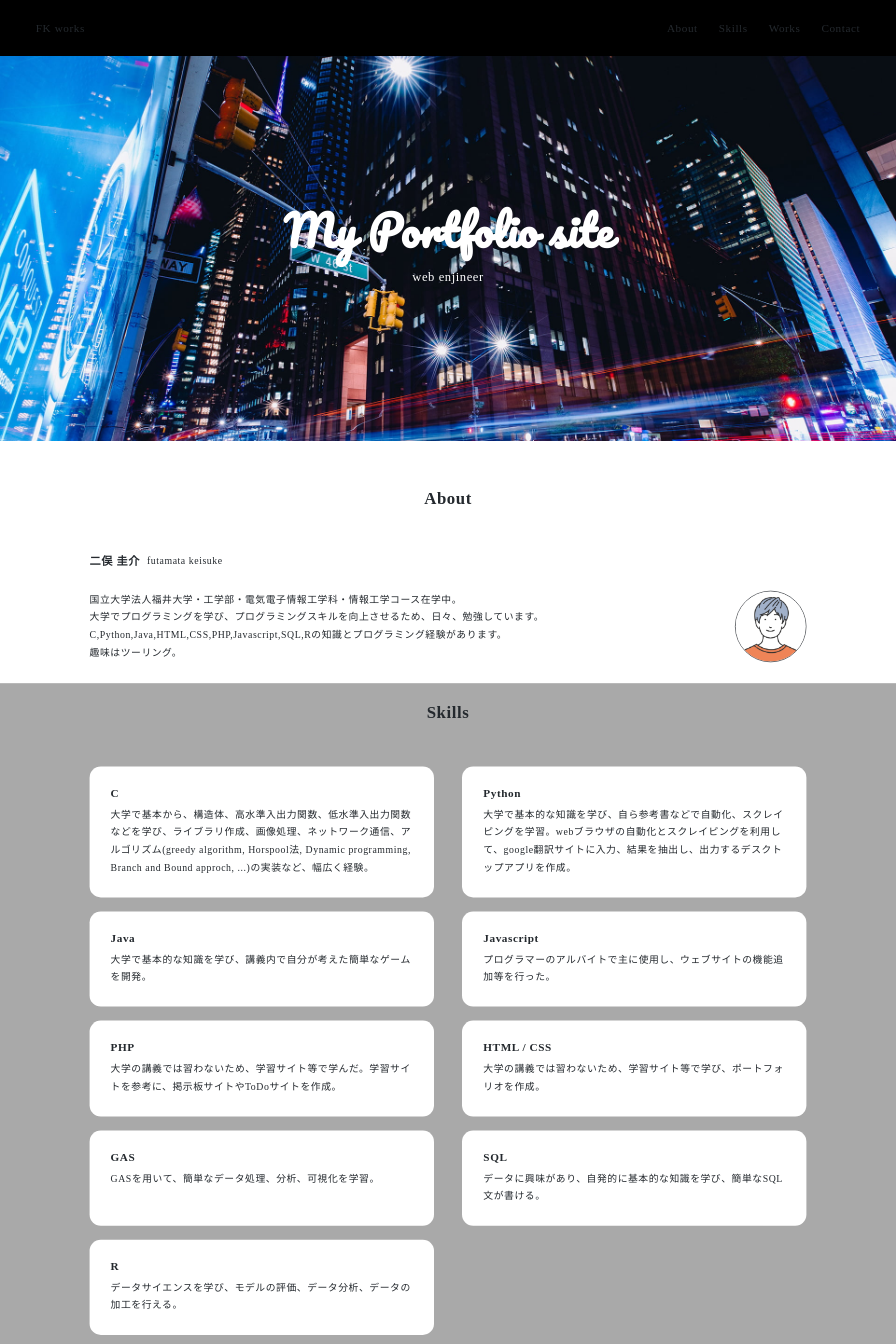
Repository: F-ksk/portfolio
Page: index.html
The author's editor kept a copy of each file at every save. The page is drawn from the files as they stood at one save, then again after the next save.
The browser window is 1280 px wide. The pictures show the part of the page from y = 0 to 1920 px (the page is 3495 px tall), at 70% of full size.

Above is the page before, as saved 2023-11-12 23:43:36.

### index.html
<!DOCTYPE html>
<html>
    <head>
        <meta charset="UTF-8" />
        <meta http-equiv="X-UA-Compatible" content="IE=edge" />
        <meta name="viewport" content="width=device-width, initial-scale=1.0" />
        <meta name="robots" content="noindex" />
        <title>FK Portfolio</title>
        <link rel="stylesheet" href="css/reset.css" />
        <link rel="stylesheet" href="css/style.css" />
    </head>
    <body>

        <header>
            <a href="index.html">FK works</a>
            <nav>
                <ul>
                    <li><a href="#about">About</a></li>
                    <li><a href="#skills">Skills</a></li>
                    <li><a href="#works">Works</a></li>
                    <li><a href="#contact">Contact</a></li>
                </ul>
            </nav>
        </header>

        <div class="main-visual">
            <div>
                <h1>My Portfolio site</h1>
                <p>web enjineer</p>
            </div>
        </div>

        <section id="about">
            <h2>About</h2>
            <div id="about-name">
                <h3>二俣 圭介</h3>
                <p>futamata keisuke</p>
            </div>
            <div id="about-detail">
                <p>
                    国立大学法人福井大学・工学部・電気電子情報工学科・情報工学コース在学中。<br>
                    大学でプログラミングを学び、プログラミングスキルを向上させるため、日々、勉強しています。
                    C,Python,Java,HTML,CSS,PHP,Javascript,SQL,Rの知識とプログラミング経験があります。<br>
                    趣味はツーリング。
                </p>
                <img src="./img/man.jpg">
            </div>
        </section>
        <section id="skills">
            <h2>Skills</h2>
            <div class="skill-list">
                <div class="skill-item">
                    <h3>C</h3>
                    <p>大学で基本から、構造体、高水準入出力関数、低水準入出力関数などを学び、ライブラリ作成、画像処理、ネットワーク通信、アルゴリズム(greedy algorithm, Horspool法, Dynamic programming, Branch and Bound approch, ...)の実装など、幅広く経験。</p>
                </div>
                <div class="skill-item">
                    <h3>Python</h3>
                    <p>大学で基本的な知識を学び、自ら参考書などで自動化、スクレイピングを学習。webブラウザの自動化とスクレイピングを利用して、google翻訳サイトに入力、結果を抽出し、出力するデスクトップアプリを作成。</p>
                </div>
                <div class="skill-item">
                    <h3>Java</h3>
                    <p>大学で基本的な知識を学び、講義内で自分が考えた簡単なゲームを開発。</p>
                </div>
                <div class="skill-item">
                    <h3>Javascript</h3>
                    <p>プログラマーのアルバイトで主に使用し、ウェブサイトの機能追加等を行った。</p>
                </div>
                <div class="skill-item">
                    <h3>PHP</h3>
                    <p>大学の講義では習わないため、学習サイト等で学んだ。学習サイトを参考に、掲示板サイトやToDoサイトを作成。</p>
                </div>
                <div class="skill-item">
                    <h3>HTML / CSS</h3>
                    <p>大学の講義では習わないため、学習サイト等で学び、ポートフォリオを作成。</p>
                </div>
                <div class="skill-item">
                    <h3>GAS</h3>
                    <p>GASを用いて、簡単なデータ処理、分析、可視化を学習。</p>
                </div>
                <div class="skill-item">
                    <h3>SQL</h3>
                    <p>データに興味があり、自発的に基本的な知識を学び、簡単なSQL文が書ける。</p>
                </div>
                <div class="skill-item">
                    <h3>R</h3>
                    <p>データサイエンスを学び、モデルの評価、データ分析、データの加工を行える。</p>
                </div>
            </div>
        </section>
        <section id="works">
            <h2>Works</h2>
            <div class="work-item">
                <div class="work-description">
                    <h3>翻訳アプリ</h3>
                    <img src="./img/portfolio.jpg">
                    <p>デスクトップで翻訳するアプリ。</p>
                    <p>自動化、スクレイピング等を使い作成</p>
                </div>

                <div class="work-description">
                    <h3>ポートフォリオサイト</h3>
                    <img src="./img/portfolio(2).png">
                    <p>現在表示しているサイト。</p>
                </div>

                <div class="work-description">
                    <h3>ホッケーゲーム</h3>
                    <img src="./img/hokey.png">
                    <p>ホッケーのゲーム。Javaで作成</p>
                </div>

                <div class="work-description">
                    <h3>掲示板サイト</h3>
                    <img src="./img/掲示板.png">
                    <p>HTML,CSS,PHPを使い、</p>
                    <p>データベースなども学びながら作成</p>
                </div>

                <div class="work-description">
                    <h3>ToDoサイト</h3>
                    <img src="./img/todo.png">
                    <p>フレームワークにLaravelを使い、</p>
                    <p>マイグレーションファイル、UI等作成</p>
                </div>

            </div>
        </section>
        <section id="contact">
            <h2>Contact</h2>
            <div class="contact-form">
                <!--<iframe src="https://docs.google.com/forms/d/e/1FAIpQLSfhIRxsClYk-LjjOeqSs9rPikyz6iXAlGFSL5PuYS38eefG3A/viewform?embedded=true" width="640" height="682" frameborder="0" marginheight="0" marginwidth="0">読み込んでいます…</iframe> -->

                <form action="https://docs.google.com/forms/u/0/d/e/1FAIpQLSfhIRxsClYk-LjjOeqSs9rPikyz6iXAlGFSL5PuYS38eefG3A/formResponse" target="_self" method="POST" id="mG61Hd">
                    <dl>
                        <dt>お名前</dt>
                        <dd><input name="entry.{1209985459}" type="text" required="required" id="textfield" class="g_form"></dd>
                        <dt>メールアドレス</dt>
                        <dd><input name="entry.{1499214278}" type="text" class="g_form" id="textfield2"></dd>
                        <dt>問い合わせ内容</dt>
                        <dd><textarea name="entry.{1422841443}" required class="g_form_text" id="entry.{1422841443}"></textarea></dd>
                      </dl>
                      <div class="button"><input type="submit" class="btbt"></div>
                </form>

            </div>
        </section>
        <footer>
            <p>&copy; futamata keisuke</p>
        </footer>
    </body>
</html>

### css/style.css
@charset "UTF-8";
@import url('https://fonts.googleapis.com/css2?family=Roboto:wght@100;300;400;500;700;900&display=swap');
@import url('https://fonts.googleapis.com/css2?family=Noto+Sans+JP:wght@300;400;500;700;900&display=swap');
@import url('https://fonts.googleapis.com/css2?family=Pacifico&display=swap');

html {
  font-size: 100%;
}

body {
    color: #24292e;
    letter-spacing: 0.05em;
}

a,a:visited {
    color: #24292e;
    text-decoration: none;
}

img {
    max-width: 100%;
}

li {
    list-style: none;
}

p {
    line-height: 1.8;
    font-size: 14px;
}

h1 {
    font-size: 60px;
    font-family: 'Pacifico';
}

h2 {
    font-size: 1.5rem;
    text-align: center;
    margin-bottom: 65px;
}

h3 {
    font-size: 16px;
}

header {
    max-width: 100%;
    background-color: black;
    display: flex;
    justify-content: space-between;
    height: 80px;
    padding: 0 4%;
    align-items: center;
    position: sticky;
    top: 0;
}

header ul {
    display: flex;
}

header li {
    margin-left: 30px;
}

.main-visual {
    width: 100%;
    height: 550px;
    background-image: url(../img/town.jpg);
    background-size: cover;
    color: #FFF;
    text-align: center;
    display: flex;
    justify-content: center;
    align-items: center;
}

.main-visual p {
    margin-top: 20px;
    font-size: 18px;
}

#about-name{
    display: flex;
    justify-content: flex-start;
    align-items: center;
}

#about h2 {
    margin-top: 40px;
}

#about h3 {
    margin-right: 10px;
}

#about p {
    width: 80%;
}

#about-detail {
    margin-top: 30px;
    display: flex;
    justify-content: space-between;
}

#about img {
    width: 100px;
    height: 100px;
    border-radius: 50%;
    object-fit: cover;
    border-style: solid;
    border-width: 1px;
}

section {
    padding: 30px 10%;
}

#skills {
    background-color: darkgray;
}

#skills h3 {
    margin-bottom: 10px;
}

.skill-list {
    display: flex;
    justify-content: space-between;
    flex-wrap: wrap;
}

.skill-item {
    width: 48%;
    background-color: #fff;
    border-radius: 16px;
    margin-bottom: 20px;
    padding: 30px;
    box-sizing: border-box;
}

.work-item {
    display: flex;
    justify-content: space-between;
    flex-wrap: wrap;
}

#works img {
    width: 45%;
    height: 110px;
}

.work-description {
    padding: 20px;
    background-color:antiquewhite;
    border-radius: 16px;
    margin-bottom: 20px;
    width: 45%;
    text-align: center;
}

.work-description p {
    margin-top: 10px;
}

.work-description h3 {
    margin-top: 10px;
    margin-bottom: 10px;
}

#contact {
    background-color: black;
    text-align: center;
}

#contact form {
    width: 70%;
    margin: 0 auto;
}

#contact dl {
    display: flex;
    flex-wrap: wrap;
    margin-bottom: 20px;
}

#contact dt {
    width: 15%;
    font-size: 13px;
}

#contact dd {
    width: 85%;
    margin-bottom: 10px;
}

#contact dd input,
#contact dd textarea {
    width: 100%;
    border: solid 1px #999999;
    padding: 10px;
    background-color: #fff;
    border-radius: 8px;
}

#contact dd textarea {
    height: 10rem;
}

#contact .button {
    text-align: center;
}

#contact .button input {
    width: 200px;
    background-color: #24292e;
    color: #fff;
    padding: 15px 0;
    border: solid 1px #24292e;
}

#contact .button input:hover {
    background: #fff;
    color: #24292e;
}

footer {
    background-color: #24292e;
    color: #fff;
    font-size:  0.5rem;
    padding: 10px 20px;
    text-align: center;
}

@media screen and (max-width: 414px) {
	h2 {
        margin-bottom: 30px;
    }

    header {
        max-width: 100%;
        flex-direction: column;
        height: auto;
        padding: auto;
    }

    #about {
        text-align:  center;
    }

    #about h3 {
        margin: 0;
    }

    #about-name {
        flex-direction: column;
        align-items: center;
    }

    #about-detail {
        flex-direction: flex;
        flex-direction: column-reverse;
        align-items: center;
    }

    #about-detail p {
        text-align: left;
        margin-top: 30px;
        width: 100%;
    }

    .skill-item {
        width: 100%;
    }

    .work-item {

        width: 90%;
        flex-direction: column;
    }

    #works img {
        width: 100%;
        height: 120px;
        margin-bottom: 10px;
    }

    .work-description {
        margin-bottom: 30px;
        width: 100%;
    }

    #contact form {
        text-align: center;
    }

    #contact input {
        width: 100%;
    }

    #contact dl{
        flex-direction: column;
        width: 100%;
    }

    #contact dt{
        width: auto;
        margin-bottom: 5px;
    }

    #contact dd{
        width: 90%;
    }
}

Loaded but not shown: css/reset.css (common file)

After the next save:
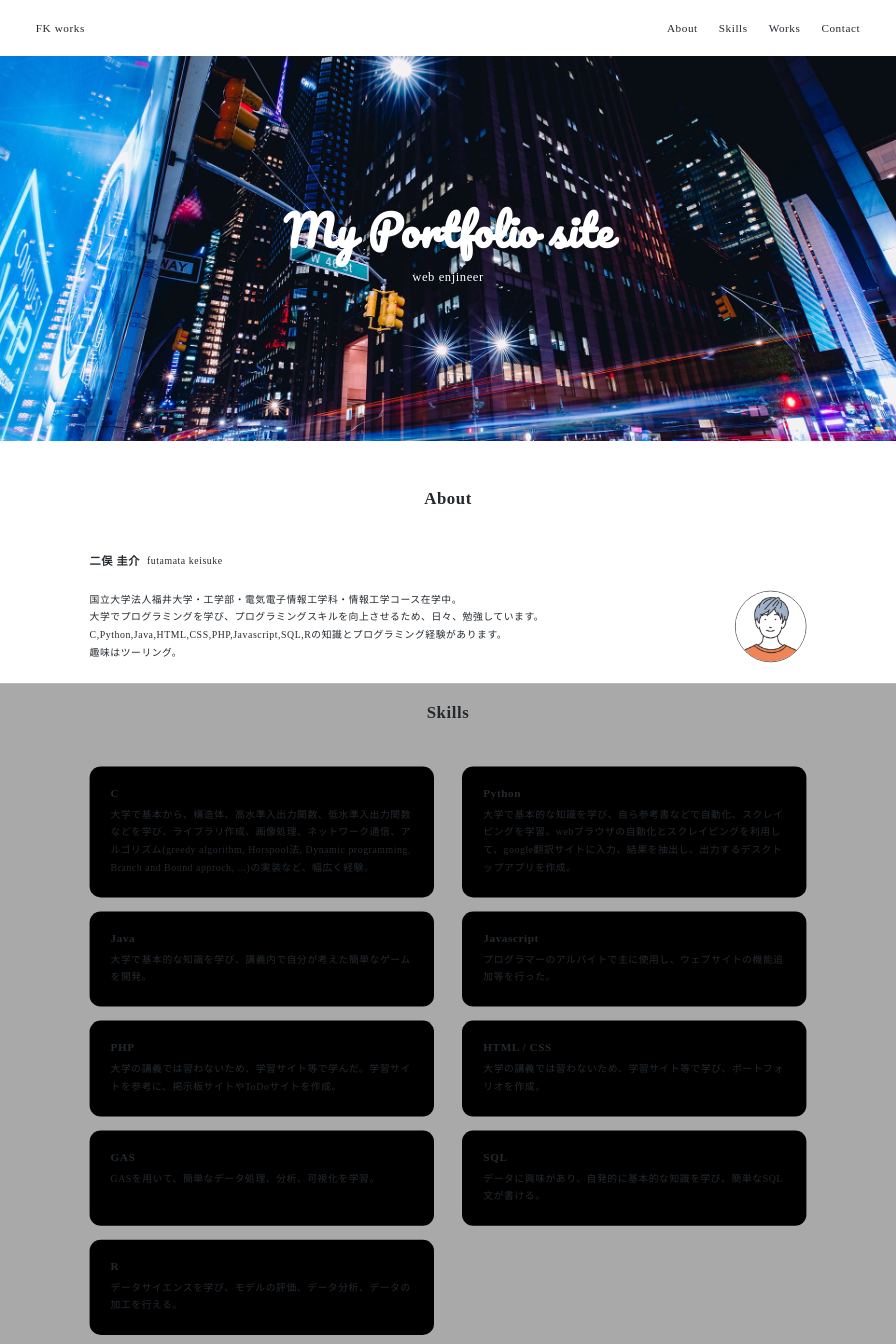
Saved 2 min 17 s later.
--- a/css/style.css
+++ b/css/style.css
@@ -47,7 +47,7 @@ h3 {
 
 header {
     max-width: 100%;
-    background-color: black;
+    background-color: #fff;
     display: flex;
     justify-content: space-between;
     height: 80px;
@@ -135,7 +135,7 @@ section {
 
 .skill-item {
     width: 48%;
-    background-color: #fff;
+    background-color: black;
     border-radius: 16px;
     margin-bottom: 20px;
     padding: 30px;
@@ -172,7 +172,7 @@ section {
 }
 
 #contact {
-    background-color: black;
+    background-color: #EBDFE0;
     text-align: center;
 }
 
